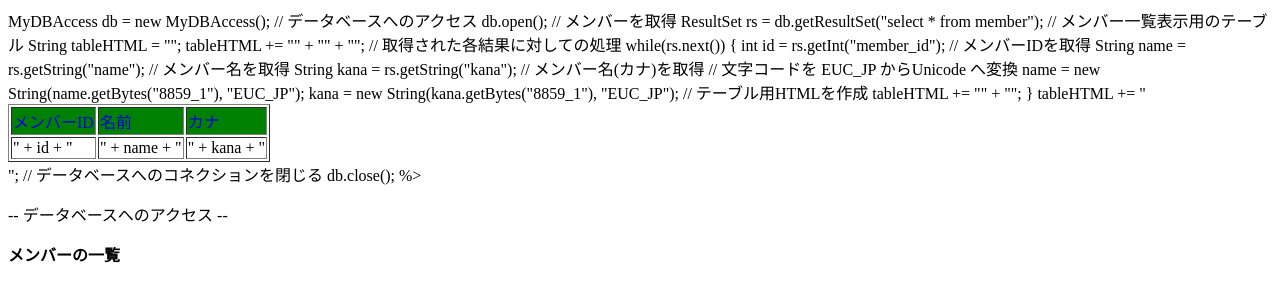
Repository: nathox/backup
Page: http://localhost/Aaaa/j.jsp
These files come from the project's save history. The page is drawn as it stood at one moment and after the next save; the edit follows.
The browser window is 1280 px wide. The pictures show the whole page.
The page is served by Tomcat 9. Other server files are loaded and not shown.

Above is the page before, as saved 2018-02-05 08:29:52.

### Aaaa/WebContent/j.jsp
<%@ page language="java" contentType="text/html; charset=UTF-8"
    pageEncoding="UTF-8"%>
<!DOCTYPE html PUBLIC "-//W3C//DTD HTML 4.01 Transitional//EN" "http://www.w3.org/TR/html4/loose.dtd">
<html>
<head>
<meta http-equiv="Content-Type" content="text/html; charset=UTF-8">
<title>Insert title here</title>
</head>
<body>

MyDBAccess db = new MyDBAccess();

// データベースへのアクセス
db.open();

// メンバーを取得
ResultSet rs = db.getResultSet("select * from member");

// メンバー一覧表示用のテーブル
String tableHTML = "<table border=1>";
tableHTML += "<tr bgcolor=\"000080\"><td><font color=\"white\">メンバーID</font></td>"
    + "<td><font color=\"white\">名前</font></td>"
    + "<td><font color=\"white\">カナ</font></td>";

// 取得された各結果に対しての処理
while(rs.next()) {

    int id = rs.getInt("member_id"); // メンバーIDを取得
    String name = rs.getString("name"); // メンバー名を取得
    String kana = rs.getString("kana"); // メンバー名(カナ)を取得

    // 文字コードを EUC_JP からUnicode へ変換
    name = new String(name.getBytes("8859_1"), "EUC_JP");
    kana = new String(kana.getBytes("8859_1"), "EUC_JP");

    // テーブル用HTMLを作成
    tableHTML += "<tr><td align=\"right\">" + id + "</td>"
              + "<td>" + name + "</td><td>" + kana + "</td></tr>";
}

tableHTML += "</table>";

// データベースへのコネクションを閉じる
db.close();

%>
<!DOCTYPE HTML PUBLIC "-//W3C//DTD HTML 4.01 Transitional//EN">
<html>
<head><title>データベースへのアクセス</title></head>
<body>
<p>-- データベースへのアクセス --</p>
<p>
<b>メンバーの一覧</b><br>

</p>














</body>
</html>

After the next save:
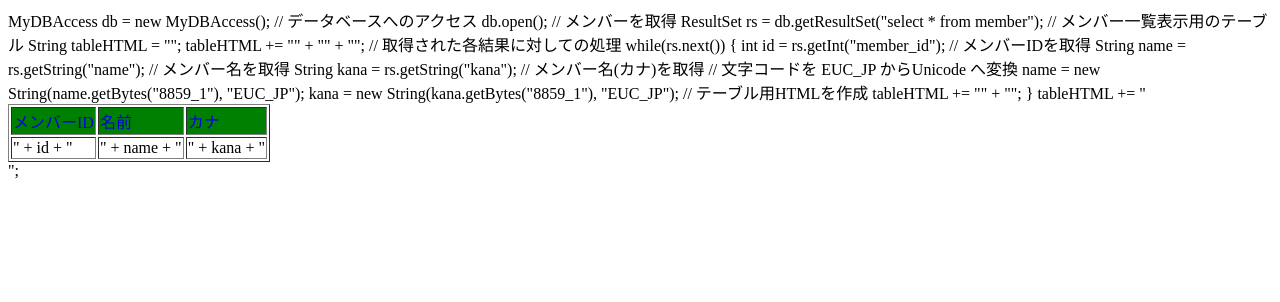
Saved 3 min 39 s later.
--- a/Aaaa/WebContent/j.jsp
+++ b/Aaaa/WebContent/j.jsp
@@ -40,20 +40,6 @@ while(rs.next()) {
 
 tableHTML += "</table>";
 
-// データベースへのコネクションを閉じる
-db.close();
-
-%>
-<!DOCTYPE HTML PUBLIC "-//W3C//DTD HTML 4.01 Transitional//EN">
-<html>
-<head><title>データベースへのアクセス</title></head>
-<body>
-<p>-- データベースへのアクセス --</p>
-<p>
-<b>メンバーの一覧</b><br>
-
-</p>
-
 
 
 
